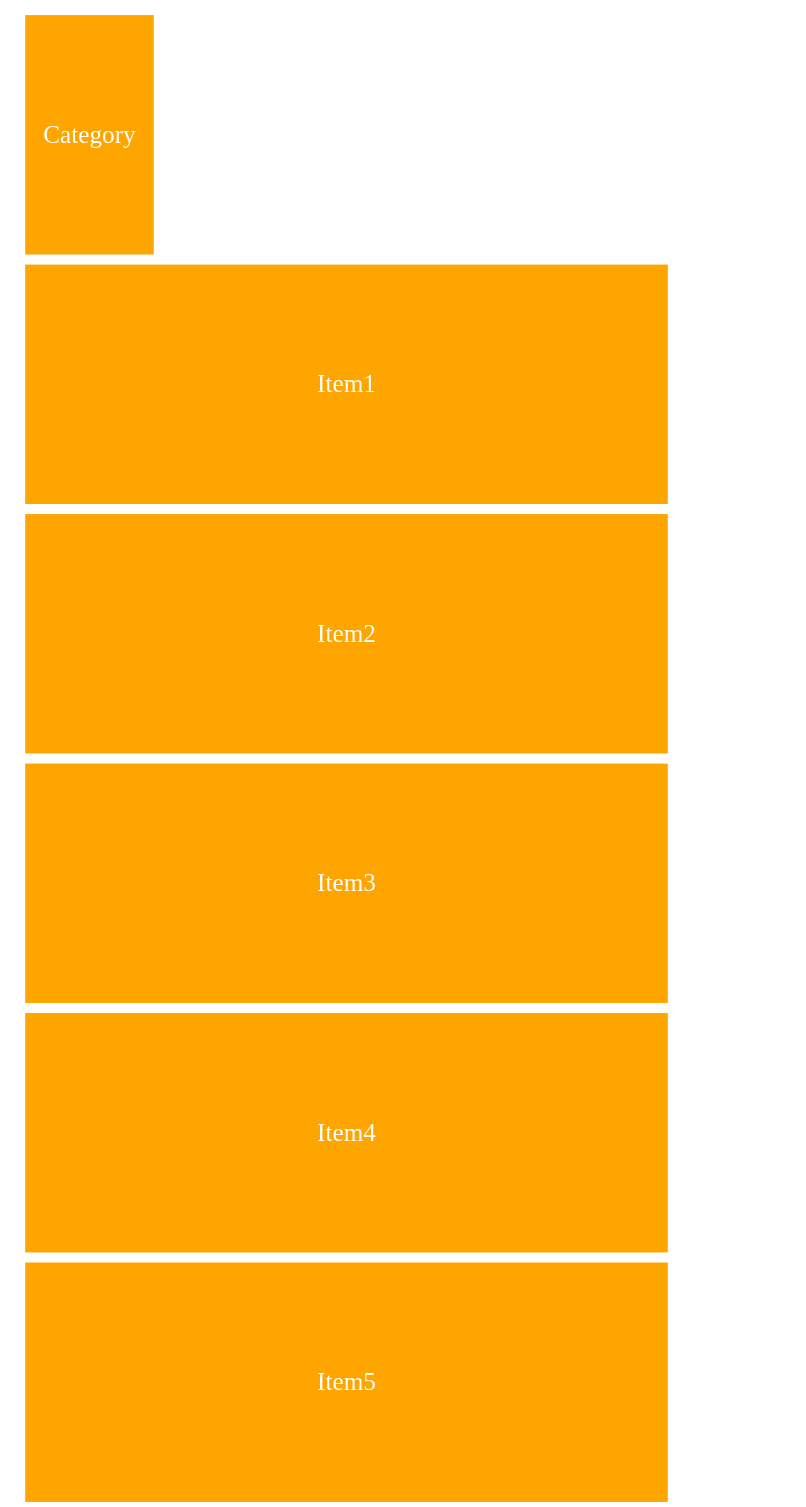
Repository: Huy48552/Grid-base
Page: layout2.html
These files come from the project's save history. The page is drawn as it stood at one moment and after the next save; the edit follows.
The browser window is 1280 px wide. The pictures show the whole page, at 63% of full size.

Above is the page before, as saved 2021-08-23 15:07:25.

After the next save:
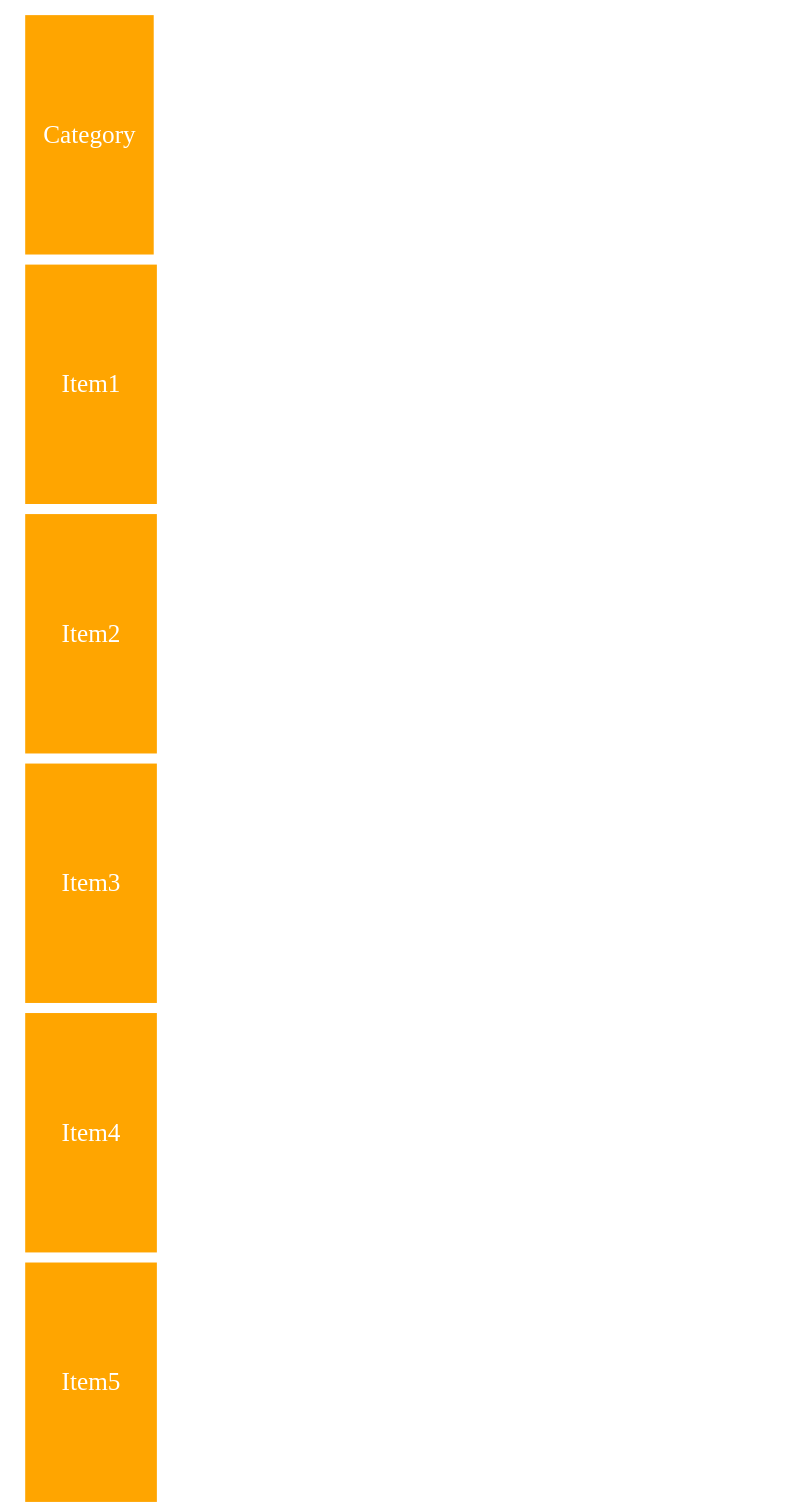
Saved 39 s later.
--- a/layout2.html
+++ b/layout2.html
@@ -16,11 +16,16 @@
             </div>
 
             <div class="col l-10">
-                <div class="item">Item1</div>
-                <div class="item">Item2</div>
-                <div class="item">Item3</div>
-                <div class="item">Item4</div>
-                <div class="item">Item5</div>
+                <div class="row">
+                    <div class="col l-2-4">
+
+                        <div class="item">Item1</div>
+                        <div class="item">Item2</div>
+                        <div class="item">Item3</div>
+                        <div class="item">Item4</div>
+                        <div class="item">Item5</div>
+                    </div>
+                </div>
             </div>
         </div>
     </div>
